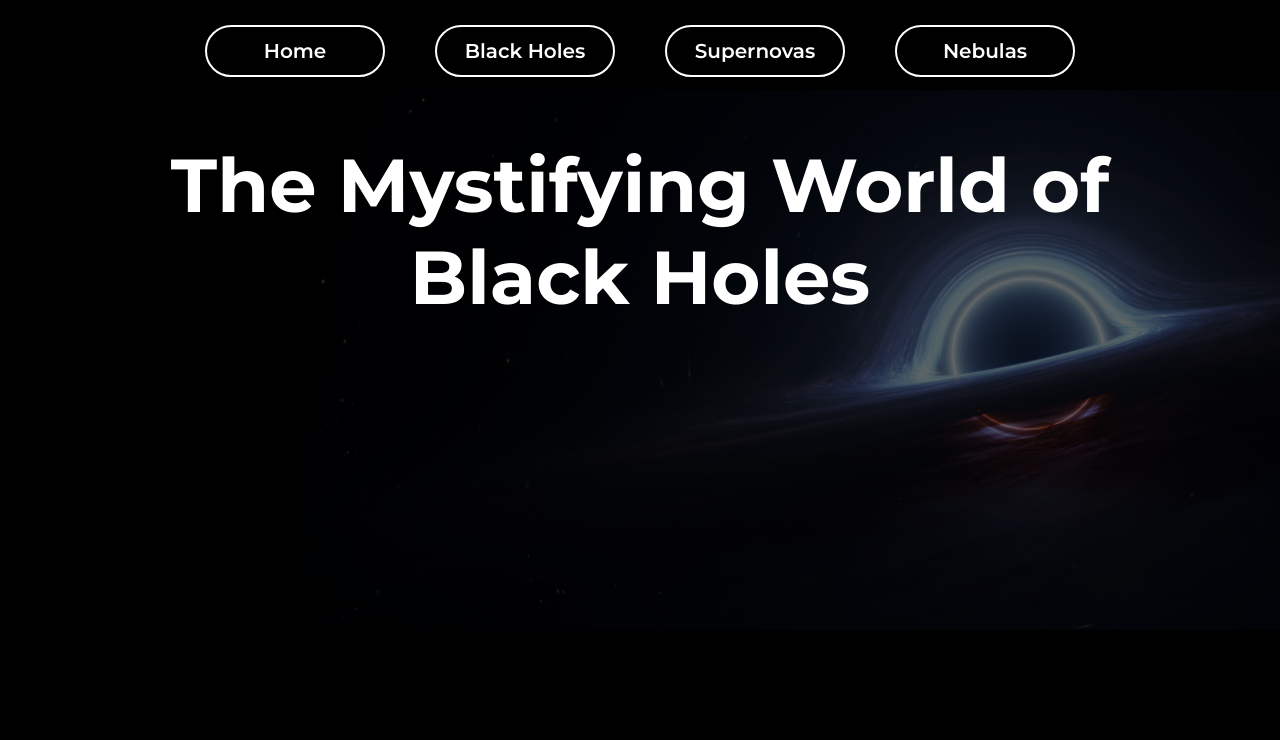
Repository: english-only/Space-Website
Page: black_hole.html
The author's editor kept a copy of each file at every save. The page is drawn from the files as they stood at one save, then again after a run of saves.
The browser window is 1280 px wide. The pictures show the whole page.
Backgrounds fixed to the window are drawn as part of the page.

Above is the page before, as saved 2024-12-16 00:04:47.

### black_hole.html
<!DOCTYPE html>
<html lang="en">
  <head>
    <meta charset="utf-8" />
    <meta http-equiv="X-UA-Compatible" content="IE=edge" />
    <title>Welcome to Space</title>
    <meta name="viewport" content="width=device-width, initial-scale=1" />
    <link rel="stylesheet" type="text/css" media="screen" href="main.css" />
  </head>
  <body>
    <div class="background-2 fade-in"></div>
    <div class="wrapper fade-in">
      <nav class="navbar fade-in">
        <a href="index.html"
          ><button class="nav-button fade-in">Home</button></a
        >
        <a href="black_hole.html"
          ><button class="nav-button fade-in">Black Holes</button></a
        >
        <a href="supernovas.html"
          ><button class="nav-button fade-in">Supernovas</button></a
        >
        <a href="nebulas.html"
          ><button class="nav-button fade-in">Nebulas</button></a
        >
      </nav>
      <div class="hero-text fade-in">
        <h2>The Mystifying World of<br />Black Holes</h2>
      </div>
  </body>
</html>

### main.css
@import url('https://fonts.googleapis.com/css2?family=Montserrat:ital,wght@0,100..900;1,100..900&display=swap');
@keyframes fadeIn {
  from {
    opacity: 0;
  }
  to {
    opacity: 1;
  }
}

/* Fade-in class to be used on elements */
.fade-in {
  opacity: 0; /* Start invisible */
  animation: fadeIn 1s ease-in forwards; /* Apply fade-in animation */
}
body,
html {
  /* Ensure the body and html take full height */
  height: 100%;
  margin: 0;
  font-family: 'Montserrat';
  font-weight: 400;
  color: white;
}

body {
  /* Set a fallback background color */
  background-color: black;
}

.background {
  background-attachment: fixed;
  background-image: url('essay-gettyimages-1237093074.webp');
  background-size: cover;
  background-position: center;
  background-repeat: no-repeat;
  position: fixed; /* Keep background fixed while scrolling */
  height: 100vh;
  width: 100%;
  filter: brightness(25%);
  top: 0;
  left: 0;
  z-index: -10;
}

.wrapper {
  display: flex;
  flex-direction: column;
  justify-content: flex-start; /* Align items to the top */
  align-items: center; /* Center items horizontally */
  height: 100vh;
  position: relative;
  padding-top: 20px;
  opacity: 0; /* Start invisible */
  animation: fadeIn 0.5s ease-in forwards; /* Apply fade-in animation */
}

.navbar {
  display: flex;
  gap: 50px;
  margin-top: 5px; /* Adjust as needed for spacing from the top */
}

.nav-button {
  padding: 12px 20px;
  border: 2px solid white;
  background-color: rgba(0, 0, 0, 0.5);
  color: white;
  font-size: 16px;
  cursor: pointer;
  transition: background-color 0.3s, color 0.3s;
  font-family: 'Red Hat Display';
  font-weight: 600;
  font-size: 20px;
  width: 180px;
  border-radius: 800px;
  font-family: Montserrat;
}

.nav-button:hover {
  background-color: white;
  color: black;
}

.hero-text {
  color: white;
  font-size: 50px;
  font-weight: 700;
  text-align: center;
  padding: 0; /* Remove padding to minimize hover area */
  display: inline-block; /* Restrict hover area to text content */
  transition: text-shadow 0.3s ease-in-out, transform 0.3s ease-in-out; /* Smooth transition */
}

.hero-text:hover {
  text-shadow: 2px 2px 5px rgba(255, 255, 255, 0.7); /* White shadow */
  transform: translateY(-5px); /* Raised effect */
}

@keyframes fadeInOut {
  0% {
    opacity: 0.5;
  }
  50% {
    opacity: 1;
  }
  100% {
    opacity: 0.5;
  }
}

.card-wrapper {
  display: flex;
  flex-direction: column; /* Stack cards vertically */
  align-items: center; /* Center cards horizontally */
  margin-top: 50px; /* Adjusts space from the top */
}

.row {
  display: flex;
  gap: 650px; /* Space between the cards */
  justify-content: center; /* Center the row */
  align-items: flex-start; /* Align cards to the top */
}

.black_hole {
  margin-left: -100px; /* Move the Black Holes card to the left */
  width: 500px;
}

.black_hole a {
  margin-left: 110px;
}

.cards {
  font-size: 25px;
  color: white;
  margin-left: 20px; /* Adds space to the left */
  box-sizing: border-box;
  position: relative;
  top: -450px; /* Moves the element upwards */
  margin-left: -20px;
  text-align: center;
}

.cards a {
  color: white;
  text-decoration: none;
  border: white 2px solid;
  display: inline-block;
  text-align: center;
  box-sizing: border-box;
  padding: 6px 20px;
  line-height: normal;
  transition: text-shadow 0.3s ease-in-out, transform 0.3s ease-in-out,
    background-color 0.3s ease-in-out, color 0.3s ease-in-out;
  border-radius: 600px;
}

.cards a:hover {
  text-shadow: 2px 2px 5px rgba(255, 255, 255, 0.7);
  transform: translateY(-5px);
  background-color: rgb(223, 223, 223);
  color: black;
}

.cards a h3 {
  margin: 0;
  padding: 0;
}

.cards p {
  margin-top: 15px;
  width: 600px; /* Adjust width to fit within card */
}

.cards p:hover {
  text-shadow: 2px 2px 5px rgba(255, 255, 255, 0.6);
  transform: translateY(-5px);
  transition: text-shadow 0.3s ease-in-out, transform 0.3s ease-in-out;
}

.nebula-card {
  margin-top: 100px;
}

.nebula-card a {
  justify-content: center;
  align-items: center;
  margin-left: 40px;
}

.nebula-card p {
  text-align: left;
  text-wrap: pretty;
  text-align: left; /* Align text to the left */
  width: 100%; /* Ensure the card takes the full width */
  margin-left: 100px;
  margin-right: 200px;
  max-width: 1750px;
  text-align: center; /* Align text to the center */
}

.videos {
  margin-top: -190px; /* Adjust the space below the Nebula card */
  text-align: center;
  width: 100%; /* Ensure it takes the full width */
  text-decoration: underline;
}

.videos h2 {
  position: relative; /* Ensure the text is positioned in normal flow */
  z-index: 1; /* Make sure it's above other content */
  pointer-events: auto; /* Allow text selection */
  overflow: visible; /* Ensure text is not clipped */
}

.video-links {
  display: grid;
  grid-template-columns: repeat(3, 400px); /* 3 columns, each 400px wide */
  grid-template-rows: repeat(2, 400px); /* 3 rows, each 400px tall */
  gap: 100px; /* Space between grid items */
  justify-content: center; /* Center the grid horizontally within the container */
  align-items: center; /* Center the grid items vertically */
  margin-top: -120px; /* Space above the grid (adjust this to decrease the gap) */
  margin-left: 160px;
}

.button-container {
  display: contents; /* Ensure buttons are placed directly in the grid */
}

.button-container a {
  display: block; /* Ensure buttons occupy full width of their grid cell */
  width: 200px; /* Full width of the grid cell */
  text-align: center;
  color: white;
  font-size: 20px;
  text-decoration: none; /* Remove underline */
  border: 2px solid white;
  padding: 8px 12px;
  border-radius: 600px;
  height: 30px;
  transition: background-color 0.3s, color 0.3s;
  margin-bottom: 10px; /* Decrease the space between the buttons and the text below */
}

.button-container a:hover {
  background-color: white;
  color: black;
  text-decoration: underline;
  font-weight: 500;
}

.images {
  display: contents; /* Ensure images are placed directly in the grid */
}

.black-hole-image,
.supernova-image,
.nebula-image {
  width: 100%; /* Full width of the grid cell */
  border: 2px solid white;
  border-radius: 20px;
  margin-top: -630px; /* Decrease the space between the images and the buttons above */
  margin-left: -10px;
}

.black-hole-image {
  width: 100%; /* Full width of the grid cell */
  border: 2px solid white;
  border-radius: 20px;
  margin-top: -630px; /* Decrease the space between the images and the buttons above */
  margin-left: -95px;
}

.supernova-image {
  width: 100%; /* Full width of the grid cell */
  border: 2px solid white;
  border-radius: 20px;
  margin-top: -630px; /* Decrease the space between the images and the buttons above */
  margin-left: -95px;
}

.nebula-image {
  height: 270px;
  width: auto;
  border: 2px solid white;
  border-radius: 20px;
  margin-top: -630px; /* Decrease the space between the images and the buttons above */
  margin-left: -125px;
}

/* page 2 from below */
.background-2 {
  background-attachment: fixed;
  background-image: url('thumb-1920-1346075.png');
  background-size: contain;
  background-position: 300px;
  background-repeat: no-repeat;
  position: fixed; /* Keep background fixed while scrolling */
  height: 100vh;
  width: 100%;
  filter: brightness(40%);
  z-index: -1; /* Place the background behind other content */
}

@keyframes fadeIn {
  from {
    opacity: 0;
  }
  to {
    opacity: 1;
  }
}

After the next 2 saves:
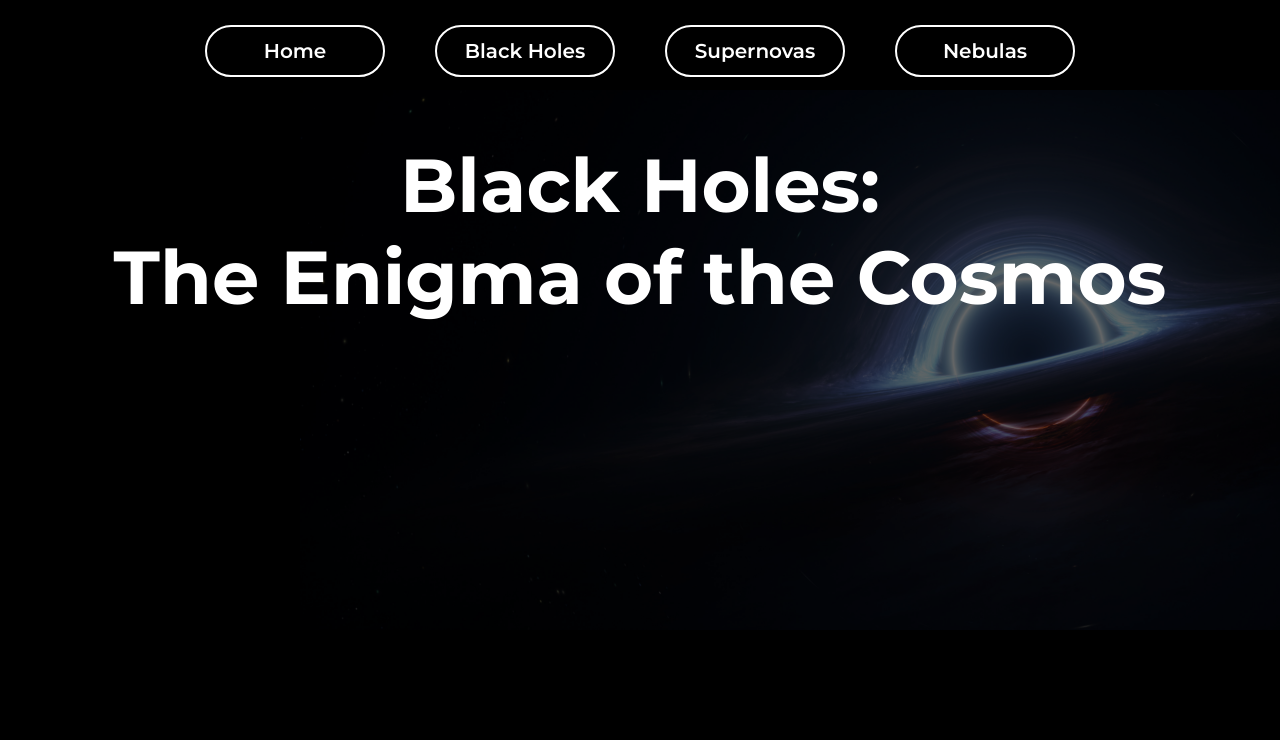
The 2 saves are shown as one change because they came seconds apart.
The last was saved 89 s later.
--- a/black_hole.html
+++ b/black_hole.html
@@ -25,7 +25,8 @@
         >
       </nav>
       <div class="hero-text fade-in">
-        <h2>The Mystifying World of<br />Black Holes</h2>
+        <h2>Black Holes: <br>
+             The Enigma of the Cosmos</h2>
       </div>
   </body>
 </html>
